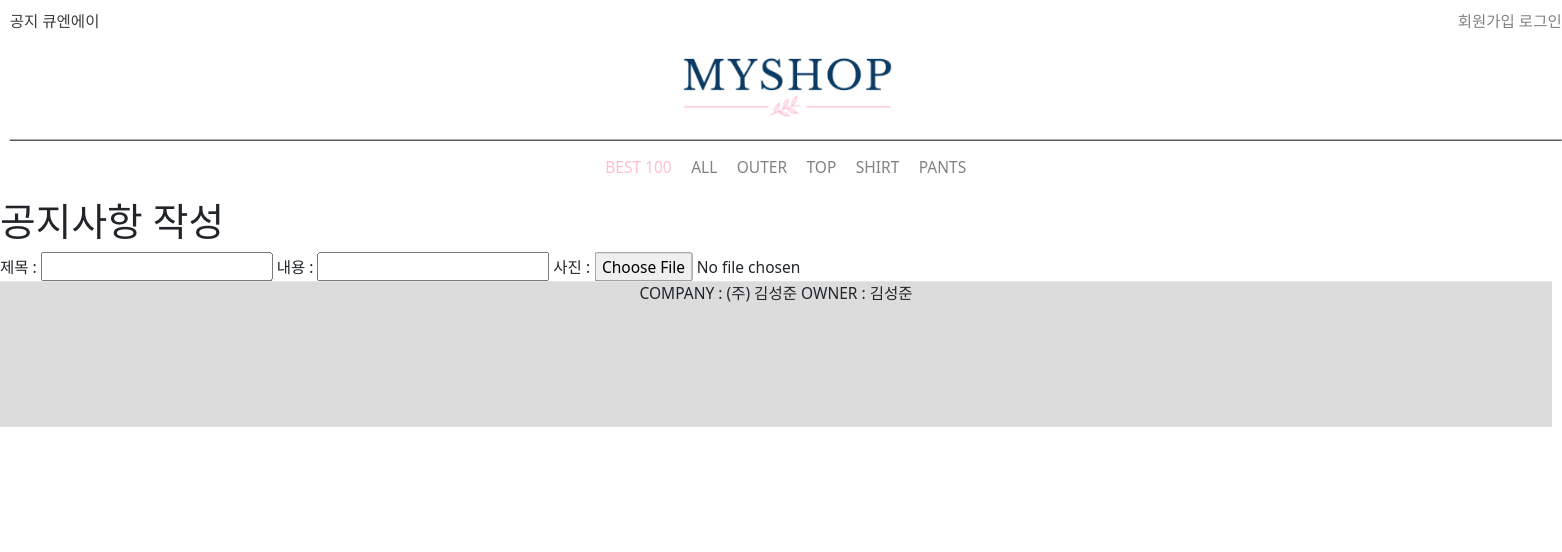
Repository: kkj53051000/MyShop
Page: http://localhost/myshop/WEB-INF/views/notice-upload.jsp
The author's editor kept a copy of each file at every save. The page is drawn from the files as they stood at one save, then again after the next save.
The browser window is 1280 px wide. The page is 1610 px wide, so the pictures cover 1610 px, including what lies to the right of the window. The pictures show the whole page, at 97% of full size.
The page is served by Tomcat 9. Nobody is signed in. The template is opened directly, without the code that normally fills it, so the values that code supplies are empty.

Above is the page before, as saved 2021-02-23 06:50:23.

After the next save:
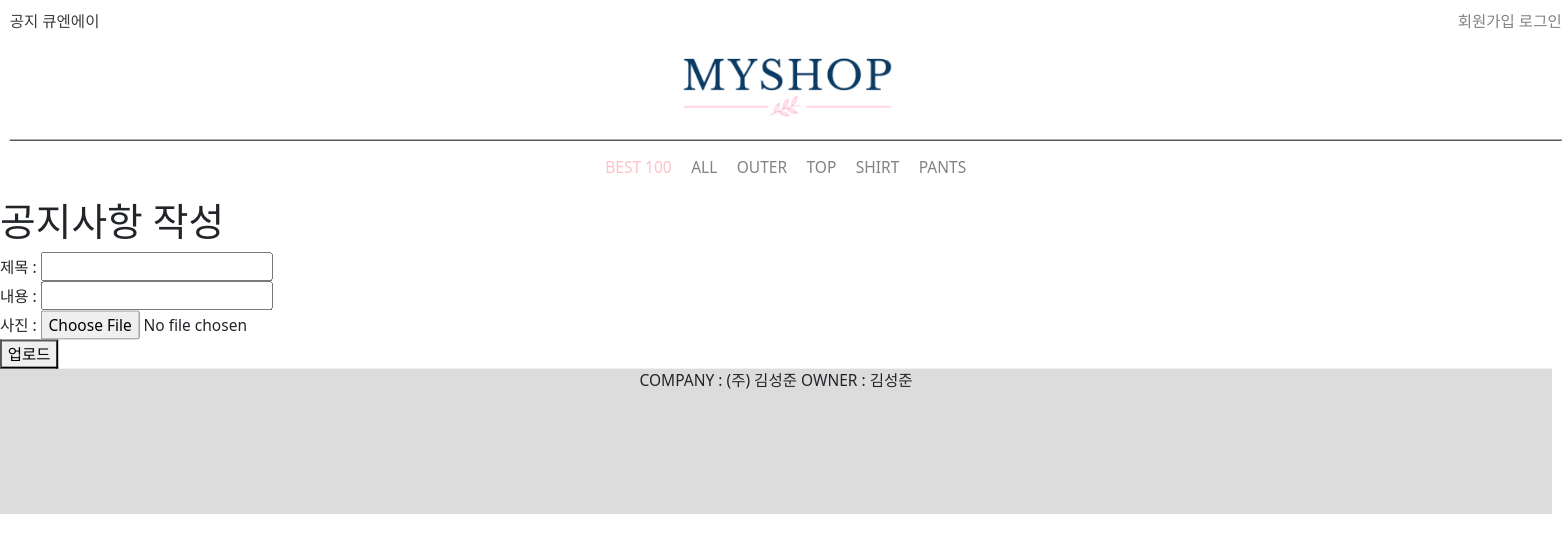
Saved 12 s later.
--- a/myshop/src/main/webapp/WEB-INF/views/notice-upload.jsp
+++ b/myshop/src/main/webapp/WEB-INF/views/notice-upload.jsp
@@ -11,9 +11,10 @@
 	<div>
 		<h1>공지사항 작성</h1>
 		<form action="/notice/upload" method="POST">
-			제목 : <input name = "title"/>
-			내용 : <input name = "content"/>
+			제목 : <input name = "title"/><br/>
+			내용 : <input name = "content"/><br/>
 			사진 : <input name="img" type="file"/><br/>
+			<button>업로드</button>
 		</form>
 	</div>
 	<%@ include file="common/footer.jsp" %>
